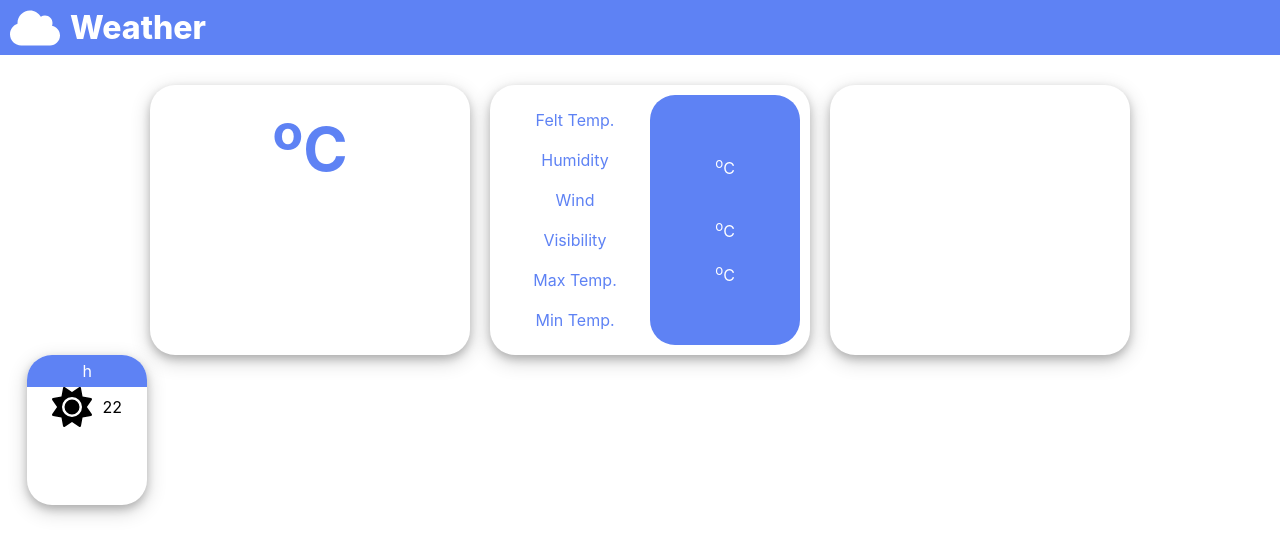
Repository: ahmedazawi/weather-app
Page: /
These files come from the project's save history. The page is drawn as it stood at one moment and after the next save; the edit follows.
The browser window is 1280 px wide. The pictures show the whole page.
The project was rebuilt for these pictures with package versions that can differ from the ones it lists, and the page was loaded fresh each time. Also part of the build but not shown: src/components/Map.js.

Above is the page before, as saved 2022-11-30 15:40:58.

### src/App.js
import React, { useState, useEffect } from "react";
import "./App.css";
import Header from "./layout/Header";
import Details from "./components/Details";

import Store from "./assets/data/Store";
function App() {
  return (
    <div className="App">
      <Header />
      <Store>
        <Details />
      </Store>
    </div>
  );
}

export default App;

### src/App.css
body {
  --primaryColor: #5e82f4;
  --secondaryColor: #ffffff;
  --borderRadius: 25px;
}

.nav {
  display: flex;
  align-items: center;
  height: 55px;
  background-color: var(--primaryColor);
}

### src/layout/Header.js
import React from "react";
import { FontAwesomeIcon } from "@fortawesome/react-fontawesome";
import { faCloud } from "@fortawesome/free-solid-svg-icons";
const Header = () => {
  return (
    <div className="nav">
      <div>
        <FontAwesomeIcon
          className="f-icon"
          icon={faCloud}
          color="White"
          style={{ marginLeft: "10px", fontSize: "40px" }}
        />
      </div>

      <h1 style={{ color: "white", marginLeft: "10px", fontWeight: "800" }}>
        Weather
      </h1>
    </div>
  );
};

export default Header;

### src/components/Details.js
import React, { useContext, useEffect } from "react";
import "../assets/css/details.css";
import { ContextApi } from "../assets/data/ContextApi";
import SevenDaysCards from "./SevenDaysCards";
import Map from "./Map";

const Details = () => {
  // const { weather, Loading } = useContext(ContextApi);
  // const [weatherValue, setWeatherValue] = weather;
  // const [LoadingValue, setLoadingValue] = Loading;

  // useEffect(() => {
  // console.log(weatherValue);
  // console.log(LoadingValue);
  // console.log(LocatedValue);
  // console.log(weatherValue.weather[0].main);
  // }, [weatherValue]);

  // if (LoadingValue) {
  //   return <div className="main">Loading...</div>;
  // }

  return (
    <div className="main">
      <div className="big-cards">
        <div>
          {/* <div>{weatherValue.location.city}</div> */}
          <div
            style={{
              fontSize: "60px",
            }}
          >
            {/* {weatherValue.current_observation.condition.temperature} */}
            <sup>o</sup>C
          </div>
          {/* <div>{weatherValue.current_observation.condition.text}</div> */}
        </div>
        <div>
          <div className="line-a">
            <span>Felt Temp.</span>
            <span>Humidity</span>
            <span>Wind</span>
            <span>Visibility</span>
            <span>Max Temp.</span>
            <span>Min Temp.</span>
          </div>
          <div className="line-b">
            <span>
              {/* {weatherValue.current_observation.condition.temperature - 0.7} */}
              <sup>o</sup>C
            </span>
            {/* <span>{weatherValue.current_observation.atmosphere.humidity}%</span> */}
            {/* <span> {weatherValue.current_observation.wind.speed} Km/h</span> */}
            <span>
              {/* {weatherValue.current_observation.atmosphere.visibility} Km */}
            </span>
            <span>
              {/* {weatherValue.forecasts[0].high} */}
              <sup>o</sup>C
            </span>
            <span>
              {/* {weatherValue.forecasts[0].low} */}
              <sup>o</sup>C
            </span>
          </div>
        </div>
        <div>{/* <Map city={weatherValue.location.city} /> */}</div>
      </div>

      <SevenDaysCards />
    </div>
  );
};

export default Details;

### src/assets/data/Store.js
import React, { useState, useEffect } from "react";
import { ContextApi } from "./ContextApi";
import { weatherAppAPI } from "./Api";
import axios from "axios";
function Store({ children }) {
  const [weather, setWeather] = useState([]);
  const [Loading, setLoading] = useState(true);
  const [lat, setLat] = useState();
  const [long, setLong] = useState();
  const [located, setLocated] = useState(false);
  const geolocationAPI = navigator.geolocation;
  const getUserCoordinates = () => {
    if (!geolocationAPI) {
      console.log("Geolocation API is not available in your browser!");
    } else {
      geolocationAPI.getCurrentPosition(
        (position) => {
          const { coords } = position;
          setLat(coords.latitude);
          setLong(coords.longitude);
          setLocated(true);
        },
        (error) => {
          console.log("Something went wrong getting your position!");
        }
      );
    }
  };

  useEffect(() => {
    // getUserCoordinates();
    if (located) {
      const options = {
        method: "GET",
        url: weatherAppAPI,
        params: { lat: lat, long: long, format: "json", u: "c" },
        headers: {
          "X-RapidAPI-Key":
            "863b7c6b72msh78facda9cbf0e03p10660djsn19089c27c69a",
          "X-RapidAPI-Host": "yahoo-weather5.p.rapidapi.com",
        },
      };

      axios
        .request(options)
        .then(function (response) {
          setWeather(response.data);
          setLoading(false);
          console.log(response.data);
        })
        .catch(function (error) {
          console.error(error);
        });
    }
  }, [located]);

  return (
    <ContextApi.Provider
      value={{
        weather: [weather, setWeather],
        Loading: [Loading, setLoading],
      }}
    >
      {children}
    </ContextApi.Provider>
  );
}
export default Store;

### src/assets/css/details.css
.main {
  width: 100%;
  display: flex;
  flex-direction: column;
  justify-content: space-between;
}

.big-cards {
  width: 100%;
  min-height: fit-content;
  display: flex;
  flex-direction: row;
  flex-wrap: wrap;
  gap: 20px;
  align-items: center;
  justify-content: center;
  margin-top: 30px;
  color: var(--primaryColor);
}
.big-cards > div {
  width: 300px;
  height: 250px;
  background-color: var(--secondaryColor);
  padding: 10px;
  border-radius: var(--borderRadius);
  box-shadow: 0 4px 8px 0 rgba(0, 0, 0, 0.2), 0 6px 20px 0 rgba(0, 0, 0, 0.19);
}
.big-cards > div:first-child {
  display: flex;
  flex-direction: column;
  align-items: center;
  justify-content: space-between;
}
.big-cards > div:first-child > div {
  font-size: 30px;
  font-weight: bold;
  margin: 7px 0;
}
.big-cards > div:nth-child(2) {
  display: flex;
  flex-direction: row;
  justify-content: space-between;
}
.big-cards > div:nth-child(2) > div {
  display: flex;
  flex-direction: column;
  align-items: center;
  justify-content: center;
  width: 50%;
}
.big-cards > div:nth-child(2) > div > span {
  margin: 10px 0;
}

.line-b {
  color: var(--secondaryColor);
  background-color: var(--primaryColor);
  border-radius: var(--borderRadius);
}

.big-cards > div:nth-child(3) {
  height: 270px;
  max-width: 340px;
  padding: 0;
  display: flex;
  align-items: center;
  justify-content: center;
  overflow: hidden;
}
.map {
  border: none;
}

### src/assets/data/ContextApi.js
import { createContext } from "react";
export const ContextApi = createContext();

### src/components/SevenDaysCards.js
import React from "react";
import "../assets/css/SevenDaysCards.css";
import { FontAwesomeIcon } from "@fortawesome/react-fontawesome";
import { faSun } from "@fortawesome/free-solid-svg-icons";
const SevenDaysCards = () => {
  return (
    <div className="small-cards">
      <div>
        <div className="sm-cards-header">h</div>
        <div className="sm-cards-body">
          <div className="sm-cards-temp-max">
            <FontAwesomeIcon
              className="sun-icon"
              icon={faSun}
              color="black"
              style={{ fontSize: "40px" }}
            />
            <div>22</div>
          </div>

          <div className="sm-cards-temp-min"></div>
        </div>
      </div>
    </div>
  );
};

export default SevenDaysCards;
<FontAwesomeIcon
  className="f-icon"
  icon={faSun}
  color="black"
  style={{ marginLeft: "10px", fontSize: "40px" }}
/>;

### src/assets/data/Api.js
export const weatherAppAPI = "https://fcc-weather-api.glitch.me/api/current";

export const googleMapAPI = "AIzaSyAq15HbfCRMW7RqNb5LUNyOLyfzpYI0wl4";

//https://pokeapi.co/api/v2/pokemon/4

//https://fcc-weather-api.glitch.me/api/current?lat=462&lon=41

//https://api.open-meteo.com/v1/forecast?latitude=${lat}&longitude=${long}&daily=temperature_2m_max,temperature_2m_min,rain_sum,windspeed_10m_max,windgusts_10m_max&timezone=auto

//https://yahoo-weather5.p.rapidapi.com/weather

### src/assets/css/SevenDaysCards.css
.small-cards {
  display: grid;
  grid-template-columns: repeat(7, 1fr);
  gap: 10px;
  justify-items: center;
  width: 100%;
}
.small-cards > div {
  display: flex;
  flex-direction: column;
  width: 120px;
  height: 150px;
  overflow: hidden;
  background-color: var(--secondaryColor);
  border-radius: var(--borderRadius);
  box-shadow: 0 4px 8px 0 rgba(0, 0, 0, 0.2), 0 6px 20px 0 rgba(0, 0, 0, 0.19);
}
.small-cards > div > .sm-cards-header {
  width: 100%;
  height: 40px;
  background-color: var(--primaryColor);
  display: flex;
  align-items: center;
  justify-content: center;
  color: var(--secondaryColor);
}
.sm-cards-body {
  display: flex;
  flex-direction: column;
  align-items: center;
  height: 100%;
}
.sm-cards-body > div {
  display: flex;
  flex-direction: row;
  align-items: center;
  justify-content: center;
  width: 100%;
  gap: 10px;
}

Loaded but not shown: public/index.html (common file); src/index.js (common file); src/index.css (common file)

After the next save:
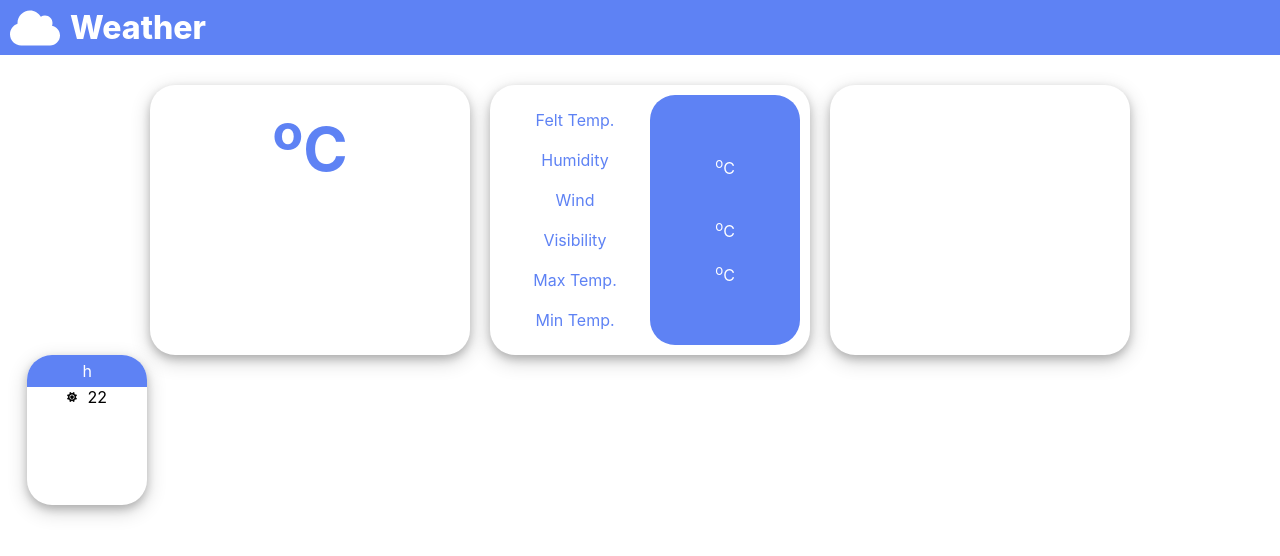
Saved 7 s later.
--- a/src/components/SevenDaysCards.js
+++ b/src/components/SevenDaysCards.js
@@ -13,7 +13,7 @@ const SevenDaysCards = () => {
               className="sun-icon"
               icon={faSun}
               color="black"
-              style={{ fontSize: "40px" }}
+              style={{ fontSize: "10px" }}
             />
             <div>22</div>
           </div>
